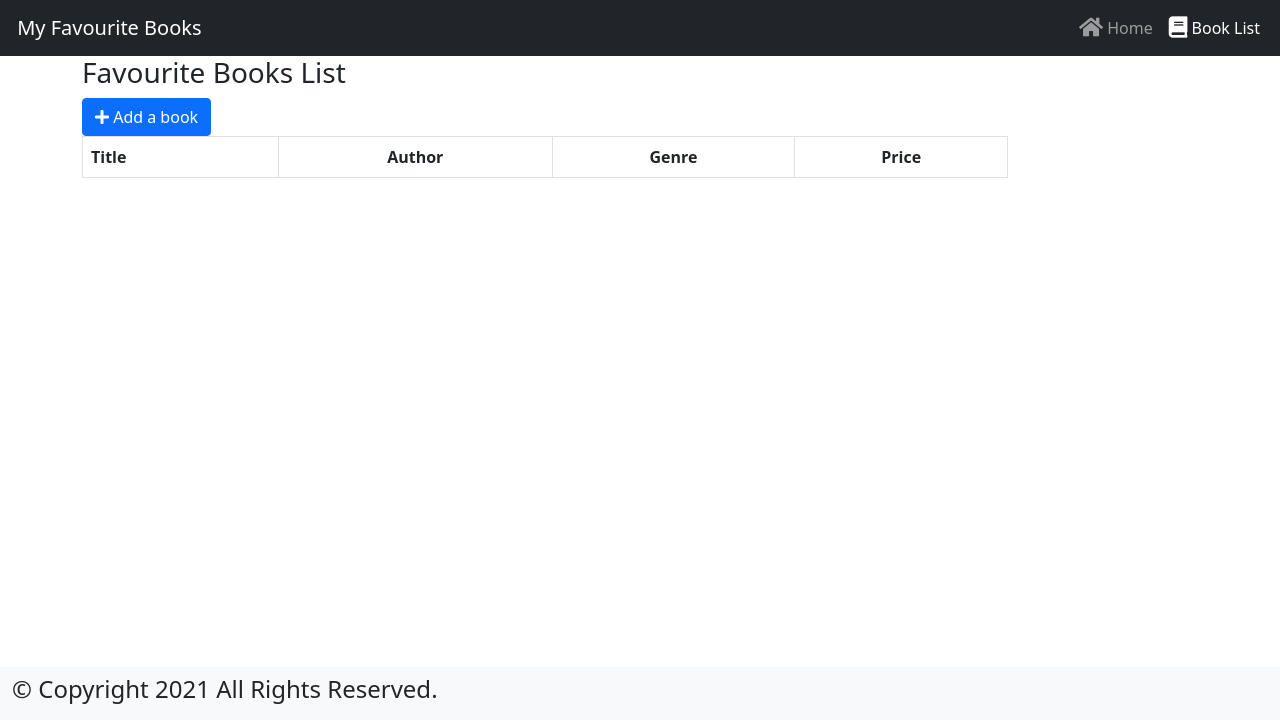
Repository: ananthantharma/COMP229-M2021-MidTerm-301175762
Page: http://localhost/books
An editor plug-in stored every save of this project. The page is shown before and after the next save, followed by the edit.
The browser window is 1280 px wide. The pictures show the whole page.
The page is served by the project's Node server (server.js). Other server files are loaded and not shown. Queries for data that is not in the repository find no rows.

Above is the page before, as saved 2021-06-23 01:35:34.

### Server/Views/books/index.ejs

<%- include('../partials/header.ejs'); %>

    <!-- MAIN CONTENT -->
    <div class="container">
      <div class="row">
        <div class="col-md-offset-1 col-md-10">
          <h3>Favourite Books List </h3>
          <a href="/books/add" class="btn btn-primary"><i class="fa fa-plus"></i> Add a book</a>
          <br>
          <div class="table-responsive">
            <table class="table table-bordered table-striped table-hover">
              <thead>
                <tr>
                  <th>Title</th>

                  <th class="text-center">Author</th>
                  <th class="text-center">Genre</th>
                  <th class="text-center">Price</th>

                </tr>
                </thead>
                <tbody>
                <!-- Template Row -->
                <% for (let count = 0; count < books.length; count++) { %>
                <tr>
                  <td><%= books[count].Title %></td>

                  <td class="text-center"><%= books[count].Author %></td>
                  <td class="text-center"><%= books[count].Genre %></td>
                  <td class="text-center">$<%= books[count].Price %></td>

                  <td class="text-center"><a href="/books/<%=books[count].id%>" class="btn btn-primary btn-sm edit"><i class="fas fa-edit fa-sm"></i> Edit</a></td>


                     <td class="text-center"><a href="/books/delete/<%=books[count].id%>" class="btn btn-danger btn-sm delete"><i class="fas fa-trash-alt fa-sm"></i> Delete</a></td>

                  </td>
                </tr>
                <% } %>
              </tbody>
            </table>
          </div>
        </div>
      </div>
    </div>

<%- include('../partials/footer.ejs'); %>

### Server/Views/partials/header.ejs
<!DOCTYPE html>
<html lang="en">
  <head>
    <meta charset="utf-8">
    <meta name="viewport" content="width=device-width, initial-scale=1">
    <title><%= title %></title>
    <!-- CSS SECTION -->
     <link rel="stylesheet" href="/bootstrap/dist/css/bootstrap.min.css">
     <link rel="stylesheet" href="/@fortawesome/fontawesome-free/css/all.min.css">
     <link rel="stylesheet" href="/Content/app.css">
  </head>
  <body>

  <nav class="navbar navbar-expand-lg navbar-dark bg-dark">
    <div class="container-fluid">
      <a class="navbar-brand" href="/"><i class="fa fa-bookmark-o"></i> My Favourite Books</a>
      <button class="navbar-toggler" type="button" data-bs-toggle="collapse" data-bs-target="#navbarSupportedContent" aria-controls="navbarSupportedContent" aria-expanded="false" aria-label="Toggle navigation">
        <span class="navbar-toggler-icon"></span>
      </button>
      <div class="collapse navbar-collapse" id="navbarSupportedContent">
        <ul class="navbar-nav ms-auto mb-2 mb-lg-0">
          <li class="nav-item">
            <% if(page=='home') { %>
              <a class="nav-link active" href="/"><i class="fas fa-home fa-lg"></i> Home</a>
            <% } else { %>
              <a class="nav-link" href="/"><i class="fas fa-home fa-lg"></i> Home</a>
            <% } %>
          </li>

          <li class="nav-item">
          <% if(page=='books') { %>
            <a class="nav-link active" href="/books"><i class="fas fa-book fa-lg"></i> Book List</a>
          <% } else { %>
            <a class="nav-link" href="/books"><i class="fas fa-book fa-lg"></i> Book List</a>
          <% } %>
          </li>

        </ul>
      </div>
    </div>
  </nav>

### Server/Views/partials/footer.ejs
<nav class="navbar fixed-bottom navbar-light bg-light">
    <div class="container-fluid">
      <h4>&copy; Copyright 2021 All Rights Reserved.</h4>
    </div>
  </nav>



<!-- JAVASCRIPT SECTION -->
    <script src="/jquery/dist/jquery.min.js"></script>
    <script src="/bootstrap/dist/js/bootstrap.min.js"></script>
    <script src="/Scripts/app.js"></script>
  </body>
</html>

### server.js
"use strict";
var __importDefault = (this && this.__importDefault) || function (mod) {
    return (mod && mod.__esModule) ? mod : { "default": mod };
};
Object.defineProperty(exports, "__esModule", { value: true });
const app_1 = __importDefault(require("./Server/Config/app"));
const debug_1 = __importDefault(require("debug"));
debug_1.default('comp308-m2021-midterm:server');
const http_1 = __importDefault(require("http"));
let port = normalizePort(process.env.PORT || '3000');
app_1.default.set('port', port);
let server = http_1.default.createServer(app_1.default);
server.listen(port);
server.on('error', onError);
server.on('listening', onListening);
function normalizePort(val) {
    let port = parseInt(val, 10);
    if (isNaN(port)) {
        return val;
    }
    if (port >= 0) {
        return port;
    }
    return false;
}
function onError(error) {
    if (error.syscall !== 'listen') {
        throw error;
    }
    let bind = typeof port === 'string'
        ? 'Pipe ' + port
        : 'Port ' + port;
    switch (error.code) {
        case 'EACCES':
            console.error(bind + ' requires elevated privileges');
            process.exit(1);
            break;
        case 'EADDRINUSE':
            console.error(bind + ' is already in use');
            process.exit(1);
            break;
        default:
            throw error;
    }
}
function onListening() {
    let addr = server.address();
    let bind = typeof addr === 'string'
        ? 'pipe ' + addr
        : 'port ' + addr.port;
    debug_1.default('Listening on ' + bind);
}
//# sourceMappingURL=server.js.map

### Server/Routes/books.js
"use strict";
var __importDefault = (this && this.__importDefault) || function (mod) {
    return (mod && mod.__esModule) ? mod : { "default": mod };
};
Object.defineProperty(exports, "__esModule", { value: true });
const express_1 = __importDefault(require("express"));
const router = express_1.default.Router();
exports.default = router;
const books_1 = __importDefault(require("../Models/books"));
router.get('/', (req, res, next) => {
    books_1.default.find({}, null, { sort: { Title: 1 } }, (err, books) => {
        if (err) {
            return console.error(err);
        }
        else {
            res.render('books/index', { title: 'Books', page: 'books', books: books });
        }
    });
});
router.get('/add', (req, res, next) => {
    res.render('books/details', { title: 'Books', page: 'books', books: '' });
});
router.post('/add', (req, res, next) => {
    let newBook = new books_1.default({
        "Title": req.body.title,
        "Description": "",
        "Price": req.body.price,
        "Author": req.body.author,
        "Genre": req.body.genre
    });
    books_1.default.create(newBook, (err) => {
        if (err) {
            console.error(err);
            res.end(err);
        }
        res.redirect('/books');
    });
});
router.get('/:id', (req, res, next) => {
    let id = req.params['id'];
    books_1.default.findById(id, {}, {}, (err, bookItem) => {
        if (err) {
            console.error(err);
            res.end(err);
        }
        res.render('books/details', { title: 'Books', page: 'books', books: bookItem });
    });
});
router.post('/:id', (req, res, next) => {
    let id = req.params.id;
    let updateBook = new books_1.default({
        "_id": id,
        "Title": req.body.title,
        "Description": "",
        "Price": req.body.price,
        "Author": req.body.author,
        "Genre": req.body.genre
    });
    books_1.default.updateOne({ _id: id }, updateBook, {}, (err) => {
        if (err) {
            console.error(err);
            res.end(err);
        }
        res.redirect('/books');
    });
});
router.get('/delete/:id', (req, res, next) => {
    let id = req.params.id;
    books_1.default.remove({ _id: id }, (err) => {
        if (err) {
            console.error(err);
            res.end(err);
        }
        res.redirect('/books');
    });
});
//# sourceMappingURL=books.js.map

### Client/Content/app.css
/* Custom CSS goes here */
body {
  padding-bottom: 70px;
}

.input-group-addon:first-child
{
    border-right: 0;
}

.input-group-addon
{
    padding: 6px 12px;
    font-size: 14px;
    font-weight: 400;
    line-height: 1;
    text-align: center;
    border: 1px solid darkgrey;
    border-radius: 4px;
}

.input-group-addon .fa
{
    font-size: 18px;
}

.input-group .form-control
{
    position:relative;
    z-index: 2;
    float:left;
    margin-bottom: 0;
}

.input-group .form-control:last-child
{
    border-top-left-radius: 0;
    border-bottom-left-radius: 0;
}



.login
{
    padding: 2rem 1rem;
    margin-bottom: 2rem;
    background-color: lightgrey;
    border-radius: .3rem;
}

.login input
{
    background-color: white;
    border-color: darkgrey;
    border-radius: .4em;
    width: 100%;
}

.edit-task
{
    position: relative;
    top: -31px;
    display: none;
}

### Client/Scripts/app.js
"use strict";
(function () {
    function confirmDelete() {
        $("a.delete").on("click", function (event) {
            if (!confirm("Are you sure?")) {
                event.preventDefault();
                location.href = '/books';
            }
        });
    }
    function Start() {
        console.log("App Started");
        confirmDelete();
    }
    window.addEventListener("load", Start);
})();
//# sourceMappingURL=app.js.map

After the next save:
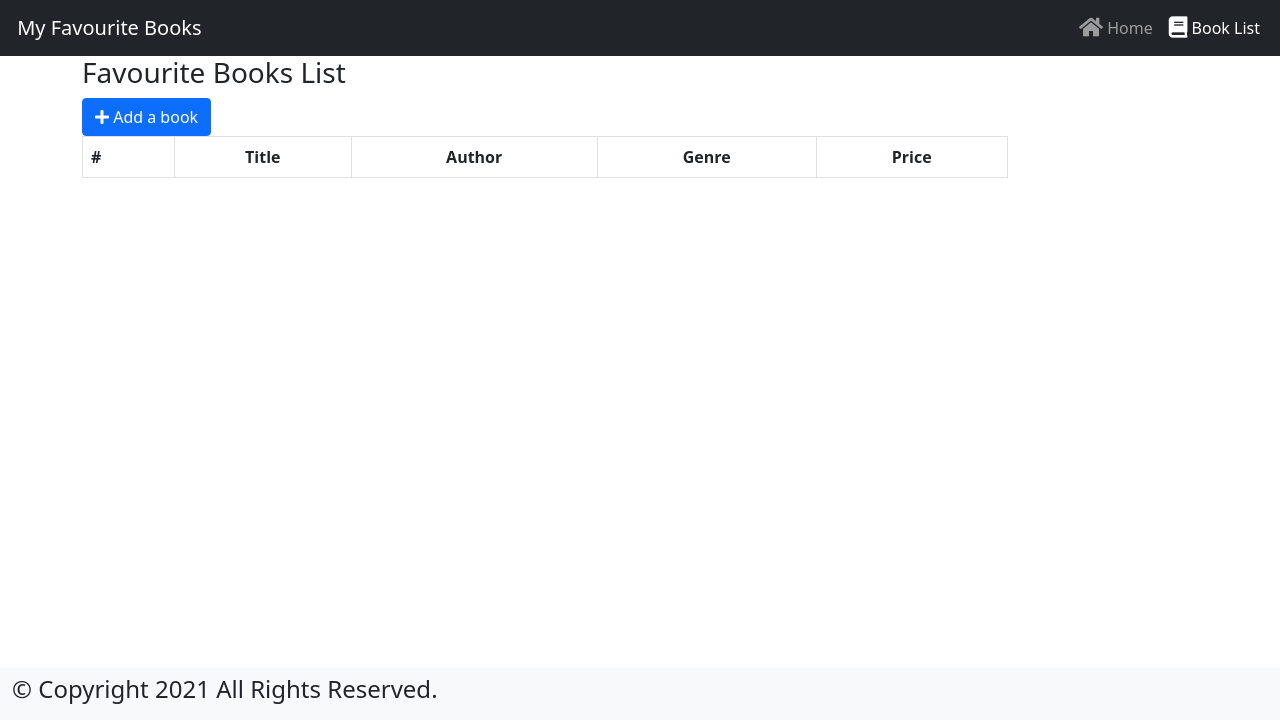
Saved 62 s later.
--- a/Server/Views/books/index.ejs
+++ b/Server/Views/books/index.ejs
@@ -12,8 +12,9 @@
             <table class="table table-bordered table-striped table-hover">
               <thead>
                 <tr>
-                  <th>Title</th>
 
+                  <th>#</th>
+                  <th class="text-center">Title</th>
                   <th class="text-center">Author</th>
                   <th class="text-center">Genre</th>
                   <th class="text-center">Price</th>
@@ -24,6 +25,7 @@
                 <!-- Template Row -->
                 <% for (let count = 0; count < books.length; count++) { %>
                 <tr>
+                  <th scope="row"><%= count + 1 %></th>
                   <td><%= books[count].Title %></td>
 
                   <td class="text-center"><%= books[count].Author %></td>
